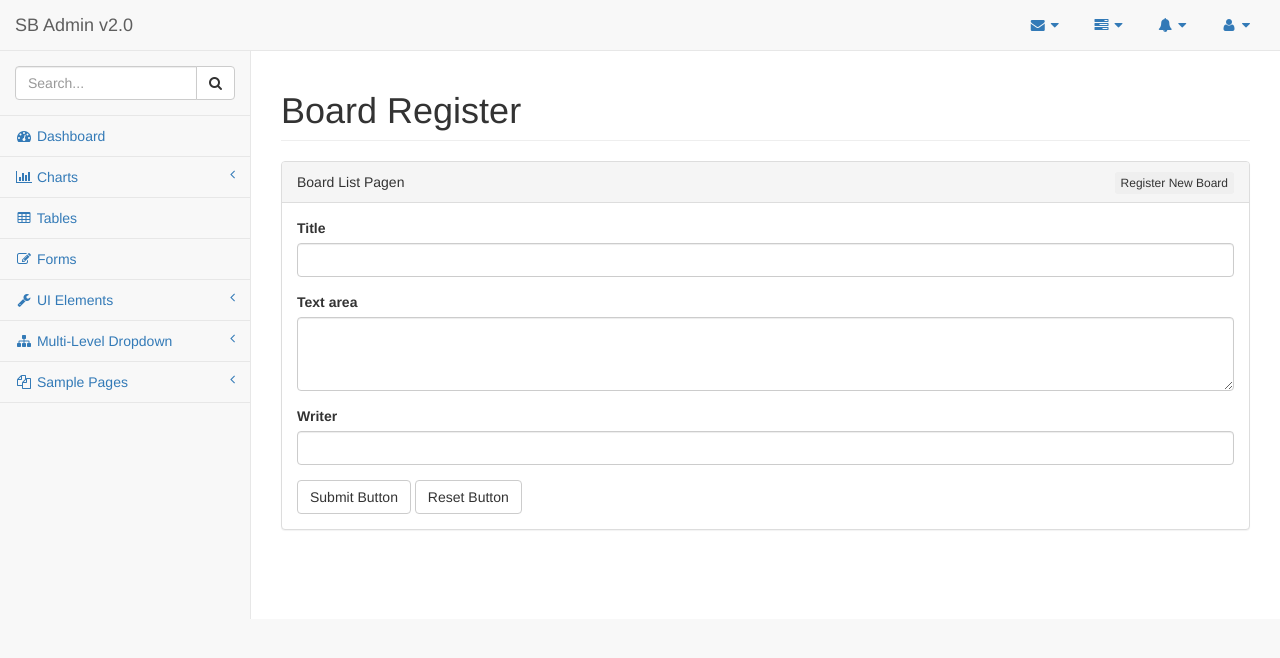
Repository: seulbeelee/springEx
Page: http://localhost/ex02/WEB-INF/views/board/register.jsp
An editor plug-in stored every save of this project. The page is shown before and after the next save, followed by the edit.
The browser window is 1280 px wide. The pictures show the whole page.
The page is served by Tomcat 9. Nobody is signed in. The template is opened directly, without the code that normally fills it, so the values that code supplies are empty.

Above is the page before, as saved 2020-12-26 14:41:08.

After the next save:
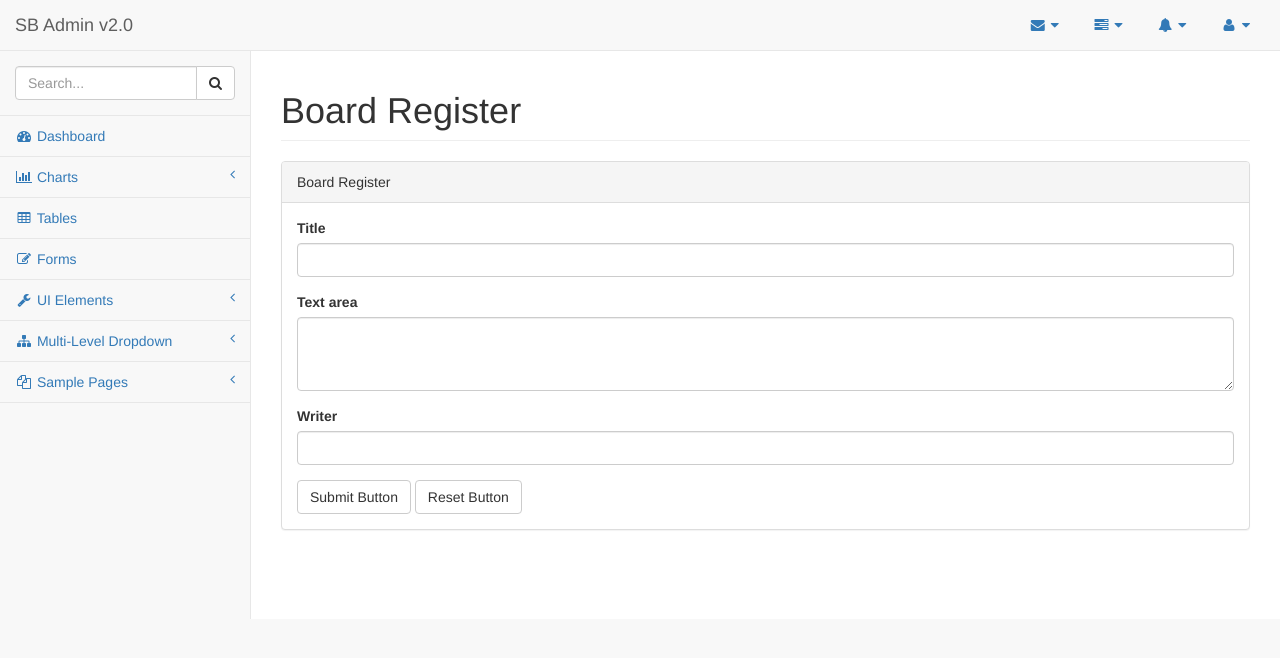
Saved 3 min 38 s later.
--- a/ex02/src/main/webapp/WEB-INF/views/board/register.jsp
+++ b/ex02/src/main/webapp/WEB-INF/views/board/register.jsp
@@ -15,8 +15,7 @@
 <div class="row">
 	<div class="col-lg-12">
 		<div class="panel panel-default">
-			<div class="panel-heading">Board List Page<button id='regBtn' type="button" class="btn btn-xs pull-right">Register
-					New Board</button>n</div>
+			<div class="panel-heading">Board Register</div>
 			<!-- /.panel-heading -->
 			<div class="panel-body">
 				<form role="form" action="/board/register" method="post">
